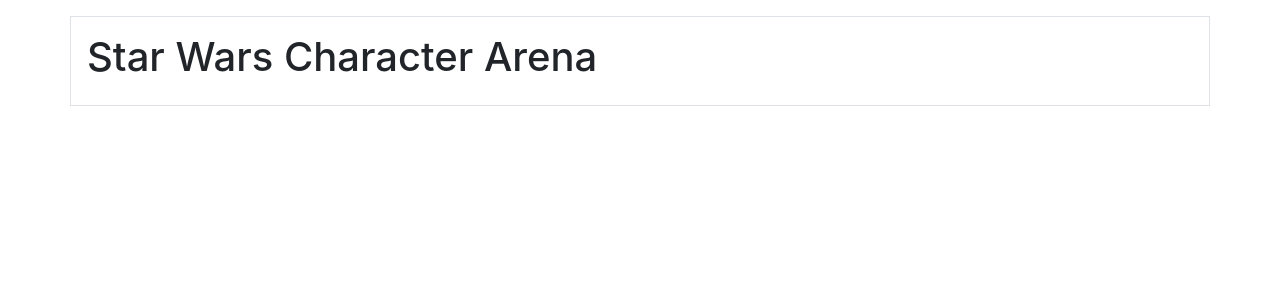
Repository: At-tricks/SW_Character_Arena
Page: client/index.html
These files come from the project's save history. The page is drawn as it stood at one moment and after the next save; the edit follows.
The browser window is 1280 px wide. The pictures show the whole page.

Above is the page before, as saved 2023-10-27 01:49:13.

### client/index.html
<!DOCTYPE html>
<html lang="en">
<head>
    <meta charset="UTF-8">
    <meta name="viewport" content="width=device-width, initial-scale=1.0">
    <link rel="stylesheet" href="https://cdn.jsdelivr.net/npm/bootstrap@4.6.2/dist/css/bootstrap.min.css">
    <script src="https://ajax.googleapis.com/ajax/libs/jquery/3.7.1/jquery.min.js"></script>
    <script src="https://cdn.jsdelivr.net/npm/popper.js@1.16.1/dist/umd/popper.min.js"></script>
    <script src="https://cdn.jsdelivr.net/npm/bootstrap@4.6.2/dist/js/bootstrap.bundle.min.js"></script>
    <title>Character Arena</title>
</head>
<body>
    <div class="container-lg p-3 my-3 border">
        <div>
            <h1>Star Wars Character Arena</h1>
        </div>
        <div>

        </div>
    </div>
</body>
</html>

After the next save:
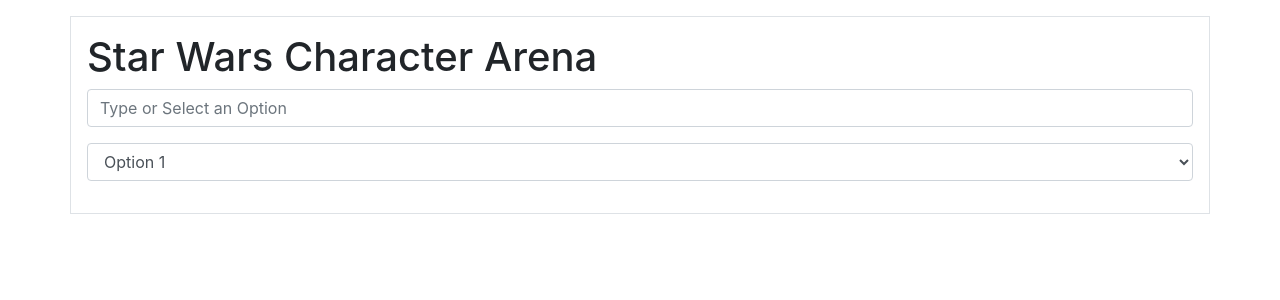
Saved 6 min 59 s later.
--- a/client/index.html
+++ b/client/index.html
@@ -15,7 +15,16 @@
             <h1>Star Wars Character Arena</h1>
         </div>
         <div>
-
+            <div class="form-group">
+                <input type="text" class="form-control" id="customCharacter1Input" placeholder="Type or Select an Option">
+            </div>
+            <div class="form-group">
+                <select class="form-control" id="Character1Options">
+                    <option value="Option 1">Option 1</option>
+                    <option value="Option 2">Option 2</option>
+                    <option value="Option 3">Option 3</option>
+                </select>
+            </div>
         </div>
     </div>
 </body>
